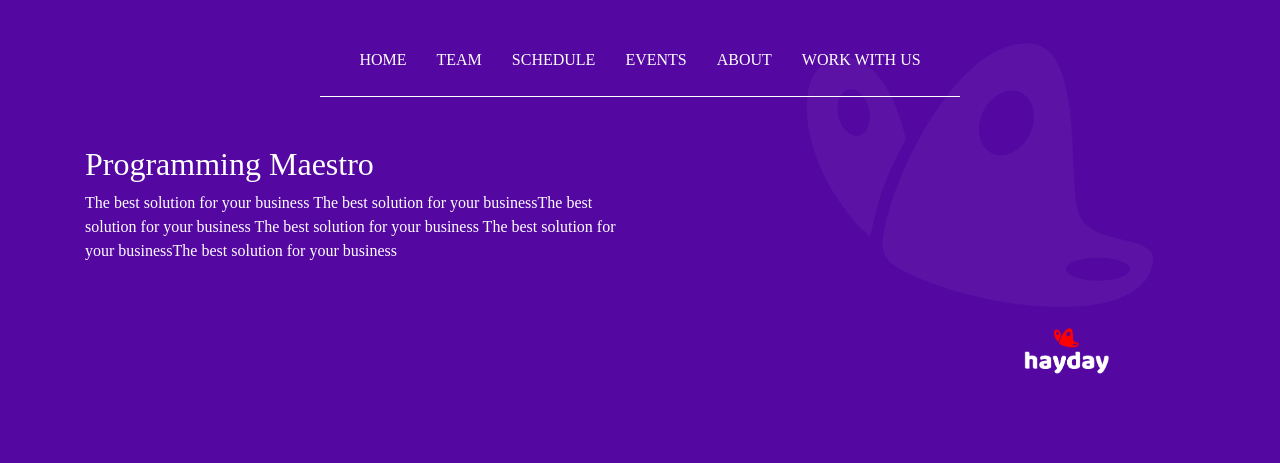
Repository: im1971/company-web
Page: css/event.html
An editor plug-in stored every save of this project. The page is shown before and after the next save, followed by the edit.
The browser window is 1280 px wide. The pictures show the whole page.
Some web fonts or font styles are not loaded; a fallback is used.

Above is the page before, as saved 2020-01-28 13:42:43.

After the next save:
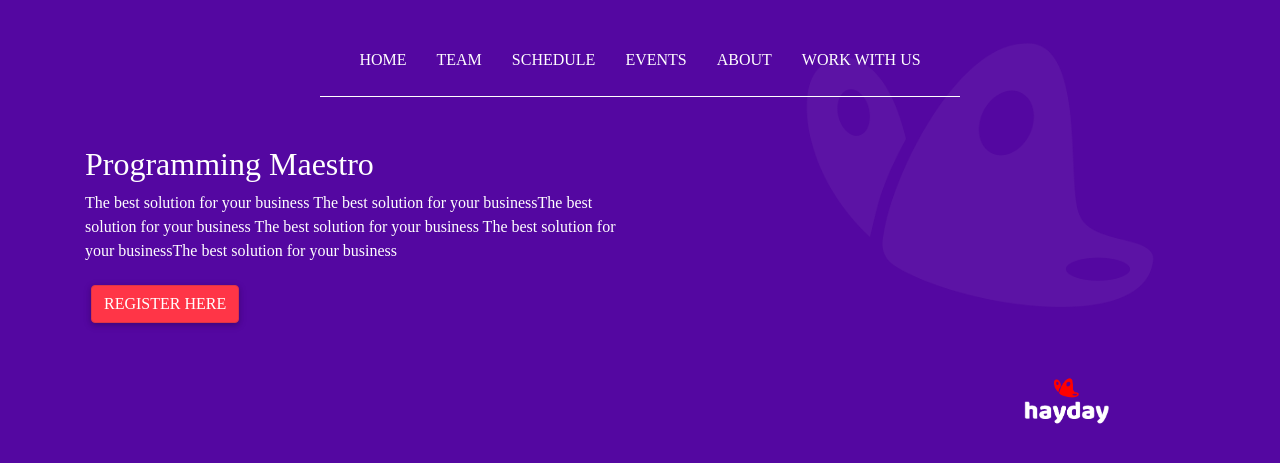
Saved 37 s later.
--- a/css/event.html
+++ b/css/event.html
@@ -64,6 +64,7 @@
                             <p class="subtitle">
                                 The best solution for your business The best solution for your businessThe best solution for your business The best solution for your business The best solution for your businessThe best solution for your business
                             </p>
+                            <button class="btn btn-danger">Register Here</button>
                         </div>
                         <div class="col-md-6">
 
